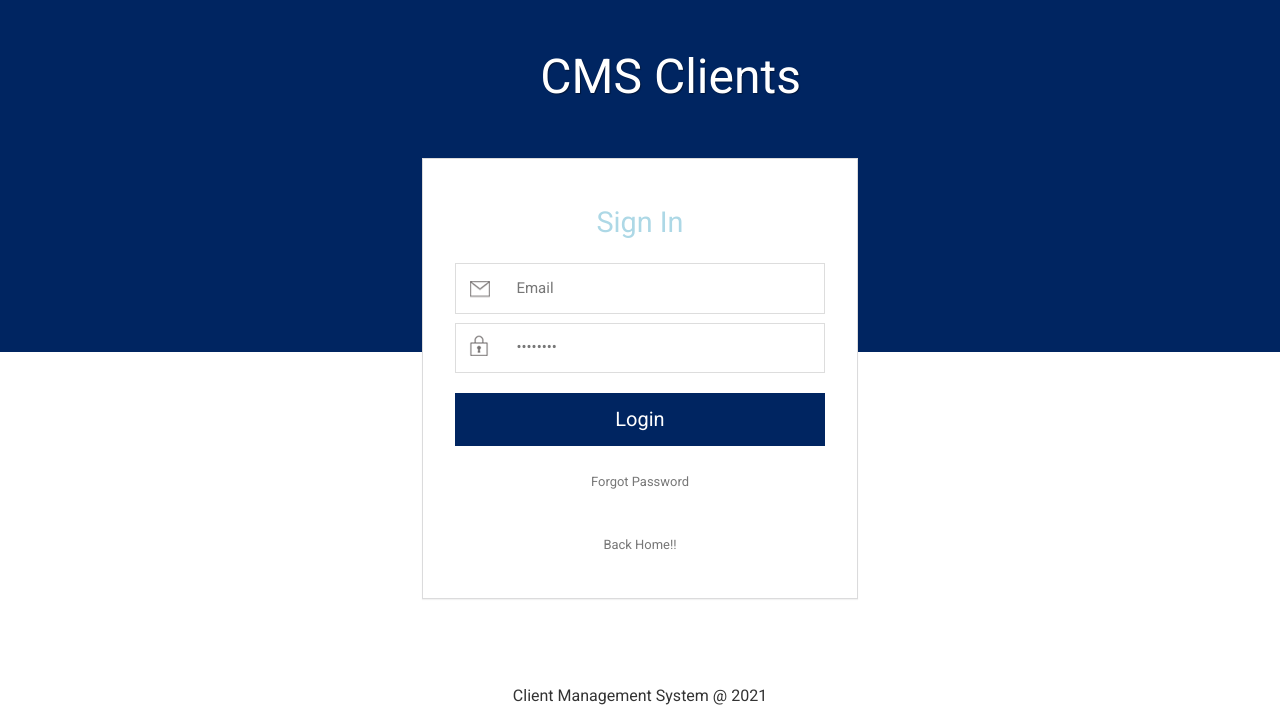
Repository: HuynhDuc23/PHPMNM
Page: http://localhost/Client-Management-System-using-PHP-MySQL (1)/Client Management System using PHP & MySQL/clientms/client/index.php
The author's editor kept a copy of each file at every save. The page is drawn from the files as they stood at one save, then again after the next save.
The browser window is 1280 px wide. The pictures show the whole page.
The page is run by PHP 8.4 with error messages shown; the project is at /var/www/html/.

Above is the page before, as saved 2023-05-17 00:59:43.

### Client-Management-System-using-PHP-MySQL (1)/Client Management System using PHP & MySQL/clientms/client/index.php
<?php
session_start();
error_reporting(0);
include('includes/dbconnection.php');

if(isset($_POST['login']))
  {
    $email=$_POST['email'];
    $password=md5($_POST['password']);
    $sql ="SELECT ID FROM tblclient WHERE Email=:email and Password=:password";
    $query=$dbh->prepare($sql);
    $query-> bindParam(':email', $email, PDO::PARAM_STR);
$query-> bindParam(':password', $password, PDO::PARAM_STR);
    $query-> execute();
    $results=$query->fetchAll(PDO::FETCH_OBJ);
    if($query->rowCount() > 0)
{
foreach ($results as $result) {
$_SESSION['clientmsuid']=$result->ID;
}
$_SESSION['login']=$_POST['username'];
echo "<script type='text/javascript'> document.location ='dashboard.php'; </script>";
} else{
echo "<script>alert('Invalid Details');</script>";
}
}

?>
<!DOCTYPE HTML>
<html>
<head>
	<title>Client Management System||Login Page</title>

	<script type="application/x-javascript"> addEventListener("load", function() { setTimeout(hideURLbar, 0); }, false); function hideURLbar(){ window.scrollTo(0,1); } </script>
	<!-- Bootstrap Core CSS -->
	<link href="css/bootstrap.min.css" rel='stylesheet' type='text/css' />
	<!-- Custom CSS -->
	<link href="css/style.css" rel='stylesheet' type='text/css' />
	<!-- Graph CSS -->
	<link href="css/font-awesome.css" rel="stylesheet">
	<!-- jQuery -->
	<link href='//fonts.googleapis.com/css?family=Roboto:700,500,300,100italic,100,400' rel='stylesheet' type='text/css'>
	<!-- lined-icons -->
	<link rel="stylesheet" href="css/icon-font.min.css" type='text/css' />
	<!-- //lined-icons -->
	<script src="js/jquery-1.10.2.min.js"></script>
	<!--clock init-->
</head>
<body>
	<div class="error_page">

		<div class="error-top">
			<h2 class="inner-tittle page">CMS Clients</h2>
			<div class="login">

				<div class="buttons login">
					<h3 class="inner-tittle t-inner" style="color: lightblue">Sign In</h3>
				</div>
				<form id="login" method="post" name="login">
					<input type="text" class="text" value="Email" onfocus="this.value = '';" onblur="if (this.value == '') {this.value = 'E-mail address';}" name="email" required="true">
					<input type="password" value="Password" onfocus="this.value = '';" onblur="if (this.value == '') {this.value = 'Password';}" name="password" required="true">
					<div class="submit"><input type="submit" onclick="myFunction()" value="Login" name="login" ></div>
					<div class="clearfix"></div>

					<div class="new">
						<p><a href="forgot-password.php">Forgot Password</a></p><br />
						<p><a href="../index.php">Back Home!!</a></p>
						<div class="clearfix"></div>
					</div>
				</form>
			</div>


		</div>


		<!--//login-top-->
	</div>

	<!--//login-->
	<!--footer section start-->
	<div class="footer">

		<?php include_once('includes/footer.php');?>
	</div>
	<!--footer section end-->
	<!--/404-->
	<!--js -->
	<script src="js/jquery.nicescroll.js"></script>
	<script src="js/scripts.js"></script>
	<!-- Bootstrap Core JavaScript -->
	<script src="js/bootstrap.min.js"></script>
</body>
</html>

### Client-Management-System-using-PHP-MySQL (1)/Client Management System using PHP & MySQL/clientms/client/includes/dbconnection.php
<?php
// DB credentials.
define('DB_HOST','localhost');
define('DB_USER','root');
define('DB_PASS','');
define('DB_NAME','clientmsdb');
// Establish database connection.
try
{
$dbh = new PDO("mysql:host=".DB_HOST.";dbname=".DB_NAME,DB_USER, DB_PASS,array(PDO::MYSQL_ATTR_INIT_COMMAND => "SET NAMES 'utf8'"));
}
catch (PDOException $e)
{
exit("Error: " . $e->getMessage());
}
?>

### Client-Management-System-using-PHP-MySQL (1)/Client Management System using PHP & MySQL/clientms/client/includes/footer.php
 <footer>
            <p>Client Management System @ 2021</p>
        </footer>

### Client-Management-System-using-PHP-MySQL (1)/Client Management System using PHP & MySQL/clientms/client/js/scripts.js
(function() {
    "use strict";

    // custom scrollbar

    $("html").niceScroll({styler:"fb",cursorcolor:"#00C6D7", cursorwidth: '5', cursorborderradius: '10px', background: '#002561', spacebarenabled:false, cursorborder: '0',  zindex: '1000'});

    $(".left-side").niceScroll({styler:"fb",cursorcolor:"#00C6D7", cursorwidth: '3', cursorborderradius: '10px', background: '#002561', spacebarenabled:false, cursorborder: '0'});


    $(".left-side").getNiceScroll();
    if ($('body').hasClass('left-side-collapsed')) {
        $(".left-side").getNiceScroll().hide();
    }



    // Toggle Left Menu
   jQuery('.menu-list > a').click(function() {

      var parent = jQuery(this).parent();
      var sub = parent.find('> ul');

      if(!jQuery('body').hasClass('left-side-collapsed')) {
         if(sub.is(':visible')) {
            sub.slideUp(200, function(){
               parent.removeClass('nav-active');
               jQuery('.main-content').css({height: ''});
               mainContentHeightAdjust();
            });
         } else {
            visibleSubMenuClose();
            parent.addClass('nav-active');
            sub.slideDown(200, function(){
                mainContentHeightAdjust();
            });
         }
      }
      return false;
   });

   function visibleSubMenuClose() {
      jQuery('.menu-list').each(function() {
         var t = jQuery(this);
         if(t.hasClass('nav-active')) {
            t.find('> ul').slideUp(200, function(){
               t.removeClass('nav-active');
            });
         }
      });
   }

   function mainContentHeightAdjust() {
      // Adjust main content height
      var docHeight = jQuery(document).height();
      if(docHeight > jQuery('.main-content').height())
         jQuery('.main-content').height(docHeight);
   }

   //  class add mouse hover
   jQuery('.custom-nav > li').hover(function(){
      jQuery(this).addClass('nav-hover');
   }, function(){
      jQuery(this).removeClass('nav-hover');
   });


   // Menu Toggle
   jQuery('.toggle-btn').click(function(){
       $(".left-side").getNiceScroll().hide();

       if ($('body').hasClass('left-side-collapsed')) {
           $(".left-side").getNiceScroll().hide();
       }
      var body = jQuery('body');
      var bodyposition = body.css('position');

      if(bodyposition != 'relative') {

         if(!body.hasClass('left-side-collapsed')) {
            body.addClass('left-side-collapsed');
            jQuery('.custom-nav ul').attr('style','');

            jQuery(this).addClass('menu-collapsed');

         } else {
            body.removeClass('left-side-collapsed chat-view');
            jQuery('.custom-nav li.active ul').css({display: 'block'});

            jQuery(this).removeClass('menu-collapsed');

         }
      } else {

         if(body.hasClass('left-side-show'))
            body.removeClass('left-side-show');
         else
            body.addClass('left-side-show');

         mainContentHeightAdjust();
      }

   });


   searchform_reposition();

   jQuery(window).resize(function(){

      if(jQuery('body').css('position') == 'relative') {

         jQuery('body').removeClass('left-side-collapsed');

      } else {

         jQuery('body').css({left: '', marginRight: ''});
      }

      searchform_reposition();

   });

   function searchform_reposition() {
      if(jQuery('.searchform').css('position') == 'relative') {
         jQuery('.searchform').insertBefore('.left-side-inner .logged-user');
      } else {
         jQuery('.searchform').insertBefore('.menu-right');
      }
   }
})(jQuery);

                      // Dropdowns Script
						$(document).ready(function() {
						  $(document).on('click', function(ev) {
						    ev.stopImmediatePropagation();
						    $(".dropdown-toggle").dropdown("active");
						  });
						});



  /************** Search ****************/
		$(function() {
	    var button = $('#loginButton');
	    var box = $('#loginBox');
	    var form = $('#loginForm');
	    button.removeAttr('href');
	    button.mouseup(function(login) {
	        box.toggle();
	        button.toggleClass('active');
	    });
	    form.mouseup(function() {
	        return false;
	    });
	    $(this).mouseup(function(login) {
	        if(!($(login.target).parent('#loginButton').length > 0)) {
	            button.removeClass('active');
	            box.hide();
	        }
	    });
	});

Loaded but not shown: Client-Management-System-using-PHP-MySQL (1)/Client Management System using PHP & MySQL/clientms/client/css/bootstrap.min.css (library); Client-Management-System-using-PHP-MySQL (1)/Client Management System using PHP & MySQL/clientms/client/css/style.css (library); Client-Management-System-using-PHP-MySQL (1)/Client Management System using PHP & MySQL/clientms/client/css/font-awesome.css (library); Client-Management-System-using-PHP-MySQL (1)/Client Management System using PHP & MySQL/clientms/client/css/icon-font.min.css (library); Client-Management-System-using-PHP-MySQL (1)/Client Management System using PHP & MySQL/clientms/client/js/jquery-1.10.2.min.js (library); Client-Management-System-using-PHP-MySQL (1)/Client Management System using PHP & MySQL/clientms/client/js/jquery.nicescroll.js (library); Client-Management-System-using-PHP-MySQL (1)/Client Management System using PHP & MySQL/clientms/client/js/bootstrap.min.js (library)

After the next save:
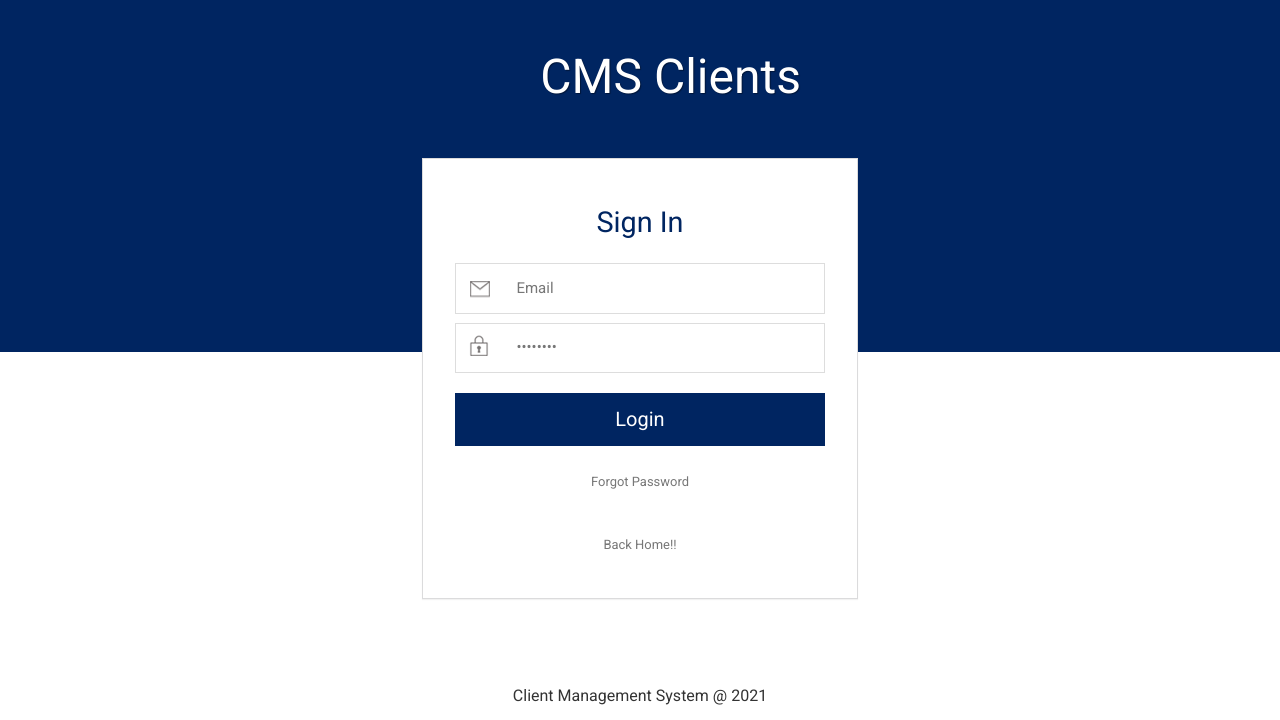
Saved 2 min 51 s later.
--- a/Client-Management-System-using-PHP-MySQL (1)/Client Management System using PHP & MySQL/clientms/client/index.php
+++ b/Client-Management-System-using-PHP-MySQL (1)/Client Management System using PHP & MySQL/clientms/client/index.php
@@ -54,7 +54,7 @@ echo "<script>alert('Invalid Details');</script>";
 			<div class="login">
 
 				<div class="buttons login">
-					<h3 class="inner-tittle t-inner" style="color: lightblue">Sign In</h3>
+					<h3 class="inner-tittle t-inner" style="color: #002561">Sign In</h3>
 				</div>
 				<form id="login" method="post" name="login">
 					<input type="text" class="text" value="Email" onfocus="this.value = '';" onblur="if (this.value == '') {this.value = 'E-mail address';}" name="email" required="true">
